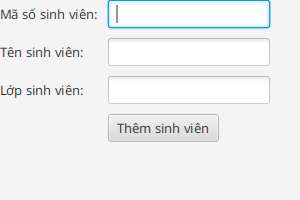
Repository: ThanhHienIT2004/Attendance-java
Program's window: java Code/FrontEnd/app/AddStudent.java
An editor plug-in stored every save of this project. The program's window is shown before and after the next save, followed by the edit.
It runs on Java 21 on a 1366 x 768 screen with JavaFX 11; the title bar is not drawn.

Above is the program's window before, as saved 2024-10-18 13:24:52.

After the next save:
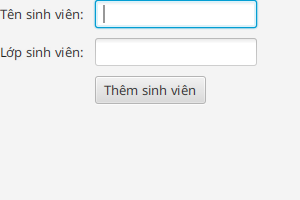
Saved 4 min 2 s later.
--- a/Code/FrontEnd/app/AddStudent.java
+++ b/Code/FrontEnd/app/AddStudent.java
@@ -1,6 +1,4 @@
-package app;
-
-import connect.ConnectSQL; // Thêm import cho ConnectSQL
+import connect.ConnectSQL;
 import controller.FaceDetect;
 import javafx.application.Application;
 import javafx.scene.Scene;
@@ -13,16 +11,14 @@
 
 public class AddStudent extends Application {
 
-	private TextField idField;
 	private TextField nameField;
 	private TextField classField;
-	private FaceDetect faceDetect;
-	private ConnectSQL connectSQL; // Thêm đối tượng ConnectSQL
+	private FaceDetect faceDetect; // Đối tượng FaceDetect
+	private ConnectSQL connectSQL;
 
 	@Override
 	public void start(Stage primaryStage) {
 		// Tạo các trường nhập liệu
-		idField = new TextField();
 		nameField = new TextField();
 		classField = new TextField();
 
@@ -34,55 +30,44 @@
 		GridPane grid = new GridPane();
 		grid.setHgap(10);
 		grid.setVgap(10);
-		grid.add(new Label("Mã số sinh viên:"), 0, 0);
-		grid.add(idField, 1, 0);
-		grid.add(new Label("Tên sinh viên:"), 0, 1);
-		grid.add(nameField, 1, 1);
-		grid.add(new Label("Lớp sinh viên:"), 0, 2);
-		grid.add(classField, 1, 2);
-		grid.add(addButton, 1, 3);
+		grid.add(new Label("Tên sinh viên:"), 0, 0);
+		grid.add(nameField, 1, 0);
+		grid.add(new Label("Lớp sinh viên:"), 0, 1);
+		grid.add(classField, 1, 1);
+		grid.add(addButton, 1, 2);
 
 		Scene scene = new Scene(grid, 300, 200);
 		primaryStage.setScene(scene);
 		primaryStage.setTitle("Thêm Sinh Viên");
 		primaryStage.show();
-
-		// Khởi tạo ConnectSQL và kết nối
-		connectSQL = new ConnectSQL();
-		if (!connectSQL.connect_db()) {
-			System.out.println("Không thể kết nối đến cơ sở dữ liệu.");
-		}
 	}
 
 	private void addStudent() {
 		try {
 			// Nhập thông tin sinh viên từ các trường
-			int id = Integer.parseInt(idField.getText());
 			String name = nameField.getText();
 			String studentClass = classField.getText();
 
-			// Tạo đối tượng Student
-			Student student = new Student(id, name, studentClass, null);
+			// Tạo đối tượng Student với ID tự động
+			Student student = new Student(0, name, studentClass, null); // ID sẽ được tự động sinh
 
-			// Khởi tạo và chạy FaceDetect để chụp ảnh
-			faceDetect = new FaceDetect();
-			faceDetect.detectFace(student);
+			// Kết nối đến cơ sở dữ liệu để lấy ID tiếp theo
+			connectSQL = new ConnectSQL();
+			if (connectSQL.connect_db()) {
+				int newId = connectSQL.getNextStudentId(); // Giả sử phương thức này lấy ID tiếp theo từ database
+				student.setId(newId); // Gán ID mới cho sinh viên
 
-			// Lưu đường dẫn ảnh vào đối tượng student
-			String faceImgPath = student.getFaceImgPath(); // Lấy đường dẫn đã lưu trong FaceDetect
+				// Khởi tạo và chạy FaceDetect để chụp ảnh
+				faceDetect = new FaceDetect();
+				faceDetect.detectFace(student);
 
-			// Chèn thông tin sinh viên vào cơ sở dữ liệu
-			connectSQL.insertStudent(id, name, studentClass, faceImgPath); // Truyền thêm đường dẫn ảnh
+				// Hiển thị thông tin sinh viên
+				student.displayStudentInfo();
 
-			// Hiển thị thông tin sinh viên
-			student.displayStudentInfo();
-
-			// Làm sạch các trường nhập liệu sau khi thêm
-			idField.clear();
-			nameField.clear();
-			classField.clear();
-		} catch (NumberFormatException e) {
-			System.out.println("Mã số sinh viên không hợp lệ.");
+				// Làm sạch các trường nhập liệu sau khi thêm
+				nameField.clear();
+				classField.clear();
+			}
 		} catch (Exception e) {
 			System.out.println("Có lỗi xảy ra: " + e.getMessage());
 		}
